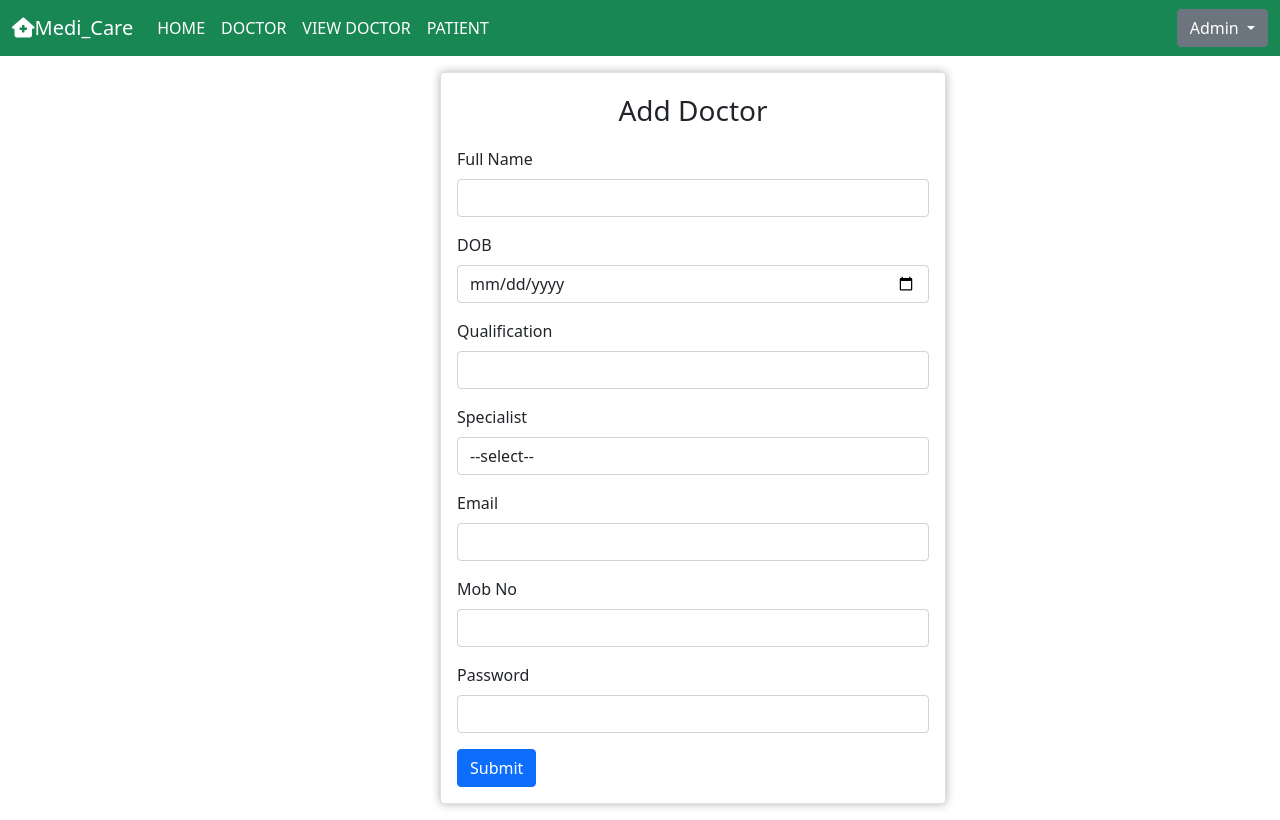
Repository: saubhagyagpt/Medi_care
Page: http://localhost/medi_care/admin/AdminDoctor.jsp
An editor plug-in stored every save of this project. The page is shown before and after the next save, followed by the edit.
The browser window is 1280 px wide. The pictures show the whole page.
Some web libraries are served in a nearby version. The page is served by Tomcat 9. Other server files are loaded and not shown.

Above is the page before, as saved 2022-07-12 10:30:02.

### medi_care/src/main/webapp/admin/AdminDoctor.jsp
<%@page import="com.dao.DoctorDao"%>
<%@page import="com.db.DbConnection"%>
<%@page import="java.sql.Connection"%>
<%@page import="com.entity.Doctor"%>
<%@page import="java.util.List"%>

<%@ page language="java" contentType="text/html; charset=ISO-8859-1"
	pageEncoding="ISO-8859-1"%>
<%@ taglib prefix="c" uri="http://java.sun.com/jsp/jstl/core"%>
<%@page isELIgnored="false"%>
<!DOCTYPE html>
<html>
<head>
<meta charset="ISO-8859-1">
<title>Insert title here</title>
<%@include file="../component/css.jsp"%>
<style type="text/css">
.paint-card {
	box-shadow: 0 0 10px 0 rgba(0, 0, 0, 0.3);
}
</style>
</head>
<body>
	<%@include file="AdminNavbar.jsp"%>
	<div class="container-fluid p-3">
		<div class="row">

			<div class="col-md-5 offset-md-4">
				<div class="card paint-card">
					<div class="card-body">
						<p class="fs-3 text-center">Add Doctor</p>
						<c:if test="${not empty errorMsg}">
							<p class="fs-3 text-center text-danger">${errorMsg}</p>
							<c:remove var="errorMsg" scope="session" />
						</c:if>
						<c:if test="${not empty succMsg}">
							<div class="fs-3 text-center text-success" role="alert">${succMsg}</div>
							<c:remove var="succMsg" scope="session" />
						</c:if>
						<form action="../addDoctor" method="post">
							<div class="mb-3">
								<label class="form-label">Full Name</label> <input type="text"
									required name="fullname" class="form-control">
							</div>

							<div class="mb-3">
								<label class="form-label">DOB</label> <input type="date"
									required name="dob" class="form-control">
							</div>

							<div class="mb-3">
								<label class="form-label">Qualification</label> <input required
									name="qualification" type="text" class="form-control">
							</div>
							<div class="mb-3">
								<label class="form-label">Specialist</label> <select name="spec"
									required class="form-control">
									<option>--select--</option>
									<option>o1</option>
									<option>o2</option>
									<option>o3</option>


								</select>
							</div>

							<div class="mb-3">
								<label class="form-label">Email</label> <input type="text"
									required name="email" class="form-control">
							</div>

							<div class="mb-3">
								<label class="form-label">Mob No</label> <input type="text"
									required name="mobno" class="form-control">
							</div>

							<div class="mb-3">
								<label class="form-label">Password</label> <input required
									name="password" type="password" class="form-control">
							</div>

							<button type="submit" class="btn btn-primary">Submit</button>
						</form>
					</div>
				</div>
			</div>


		</div>
	</div>
</body>
</html>

### medi_care/src/main/webapp/component/css.jsp
<link
	href="https://cdn.jsdelivr.net/npm/bootstrap@5.0.2/dist/css/bootstrap.min.css"
	rel="stylesheet"
	integrity="sha384-EVSTQN3/azprG1Anm3QDgpJLIm9Nao0Yz1ztcQTwFspd3yD65VohhpuuCOmLASjC"
	crossorigin="anonymous">

<link rel="stylesheet"
	href="https://cdnjs.cloudflare.com/ajax/libs/font-awesome/6.1.1/css/all.min.css"
	integrity="sha512-KfkfwYDsLkIlwQp6LFnl8zNdLGxu9YAA1QvwINks4PhcElQSvqcyVLLD9aMhXd13uQjoXtEKNosOWaZqXgel0g=="
	crossorigin="anonymous" referrerpolicy="no-referrer" />
<script
		src="https://cdn.jsdelivr.net/npm/bootstrap@5.0.2/dist/js/bootstrap.bundle.min.js"
		integrity="sha384-MrcW6ZMFYlzcLA8Nl+NtUVF0sA7MsXsP1UyJoMp4YLEuNSfAP+JcXn/tWtIaxVXM"
		crossorigin="anonymous"></script>

### medi_care/src/main/webapp/admin/AdminNavbar.jsp
<nav class="navbar navbar-expand-lg navbar-dark bg-success">
  <div class="container-fluid">
    <a class="navbar-brand" href=""><i class="fa-solid fa-house-medical"></i>Medi_Care</a>
    <button class="navbar-toggler" type="button" data-bs-toggle="collapse" data-bs-target="#navbarSupportedContent" aria-controls="navbarSupportedContent" aria-expanded="false" aria-label="Toggle navigation">
      <span class="navbar-toggler-icon"></span>
    </button>
    <div class="collapse navbar-collapse" id="navbarSupportedContent">
      <ul class="navbar-nav me-auto mb-2 mb-lg-0">
        <li class="nav-item">
          <a class="nav-link active" aria-current="page" href="AdminHome.jsp">HOME</a>
        </li>
        <li class="nav-item">
          <a class="nav-link active" aria-current="page" href="AdminDoctor.jsp">DOCTOR</a>
        </li>
                <li class="nav-item">
          <a class="nav-link active" aria-current="page" href="ViewDoctor.jsp">VIEW DOCTOR</a>
        </li>
        <li class="nav-item">
          <a class="nav-link active" aria-current="page" href="DPatients.jsp">PATIENT</a>
        </li>


      </ul>
      <form class="d-flex">
      <div class="dropdown">
  <button class="btn btn-secondary dropdown-toggle" type="button" id="dropdownMenuButton1" data-bs-toggle="dropdown" aria-expanded="false">
    Admin
  </button>
  <ul class="dropdown-menu" aria-labelledby="dropdownMenuButton1">
    <li><a class="dropdown-item" href="../AdminLogout">Logout</a></li>

  </ul>
</div>
      </form>

    </div>
  </div>
</nav>

### medi_care/src/main/webapp/component/footer.jsp
<div class="fixed-bottom">
<div class="container-fluid p-1 bg-success text-center text-white">
	<p>@copyright hospital.com</p>
</div>
</div>

After the next save:
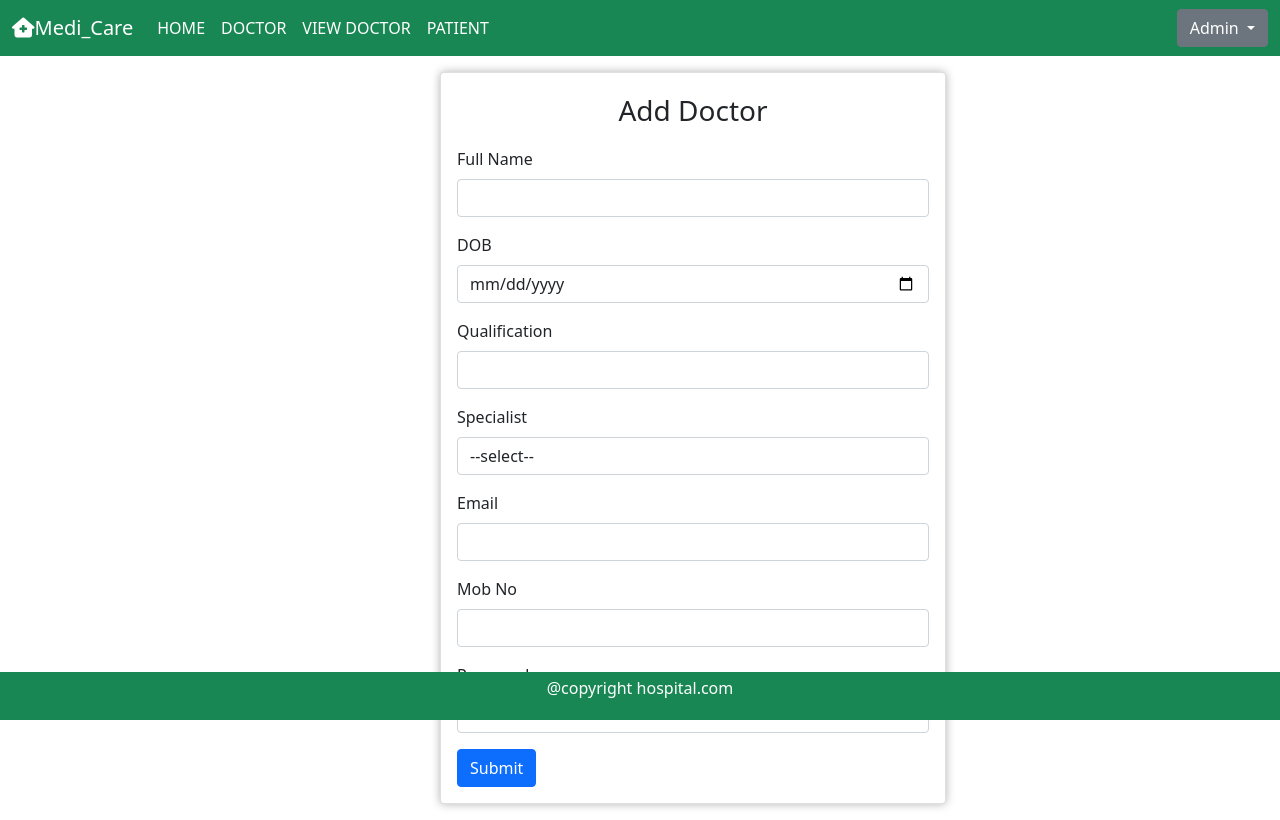
Saved 15 s later.
--- a/medi_care/src/main/webapp/admin/AdminDoctor.jsp
+++ b/medi_care/src/main/webapp/admin/AdminDoctor.jsp
@@ -88,5 +88,6 @@
 
 		</div>
 	</div>
+	<%@include file="../component/footer.jsp"%>
 </body>
 </html>
